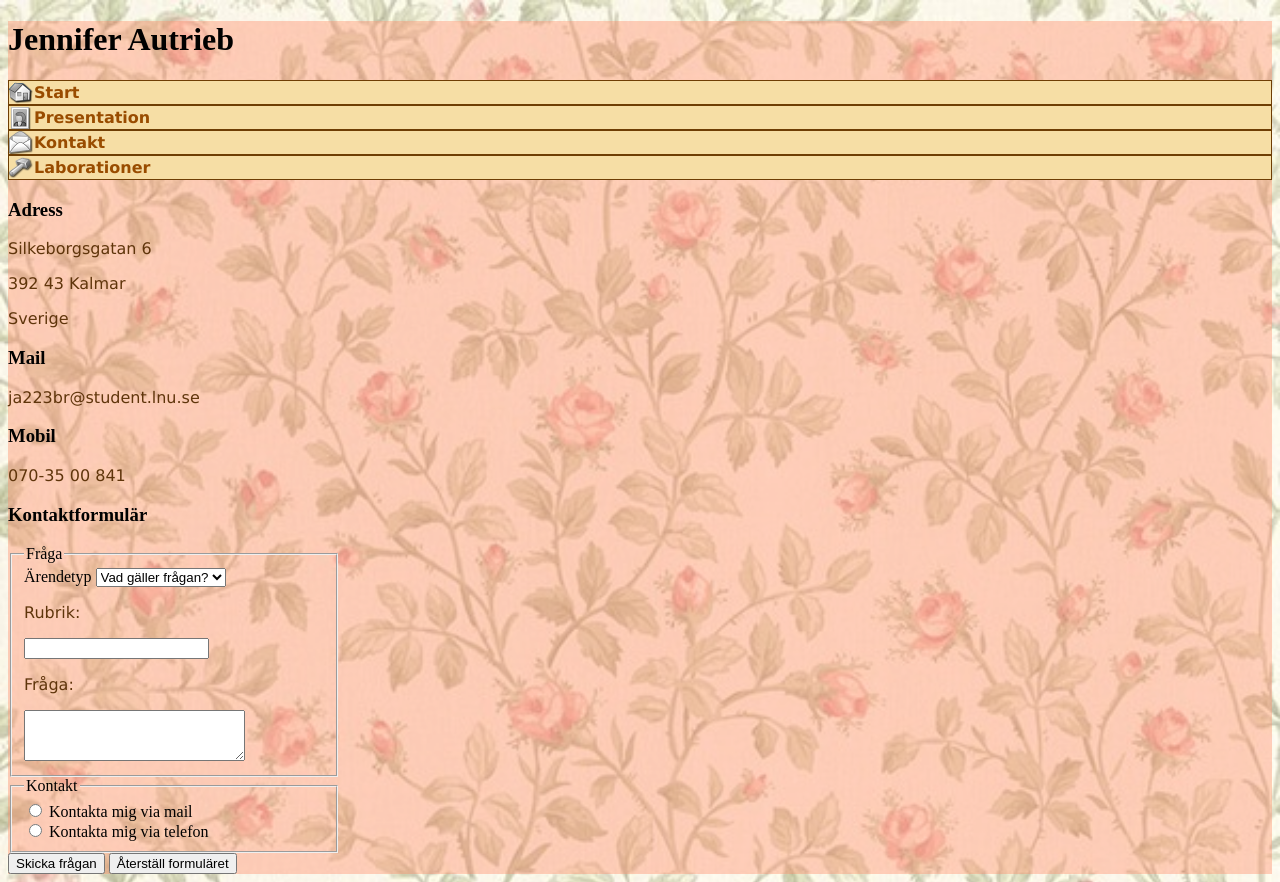
Repository: JeAut/1ik415-JeAut-laborationer
Page: WWW/pages/kontakt.html
The author's editor kept a record of every edit. The page is drawn from the files as they stood at one moment, then again after the next edit.
The browser window is 1280 px wide. The pictures show the whole page.

Above is the page before.

### WWW/pages/kontakt.html
<!DOCTYPE html>
<html>
    <head>
        <meta http-equiv="content-type" content="text/html; charset=utf-8" />
        <title>Kontakt</title>

        <link rel="stylesheet" href="../../css/style.css"/>
        <link rel="stylesheet" media="print" href="../../css/print.css"/>
        <link rel="stylesheet" media="screen and (min-width: 480px)"href="../../css/mobile.css"/>
        <link rel="shortcut icon" href="../pics/favicon.ico" type="image/x-icon"/>
    </head>
    <body>
    <div id="bgimage">
        <div id="body">
        <div id="header"><h1>Jennifer Autrieb</h1></div>

        <div id="navigation">
    <ul>
        <li><a href="../index.html" class="buttonstart"> Start</a></li>
        <li><a href="WWW/pages/Presentation.html" class="buttonpresent"> Presentation</a></li>
        <li><a href="WWW/pages/kontakt.html" class="buttonkontakt"> Kontakt</a></li>
        <li><a href="WWW/pages/laborationer.html" class="buttonlabb"> Laborationer</a></li>
    </ul>
</div>

       <!--
        <ul class="sidemenu">
        <div id="navigation">
            <div id="bc">
            <div id="ulsidemenu">
            <div id="ulsidemenu2">
            <li><a href="../index.html" class="buttonstart"> Start</a></li>
            </div>
            <div id="ulsidemenu3">
            <li><a href="Presentation.html" class="buttonpresent"> Presentaion</a></li>
            </div>
            <div id="ulsidemenu4">
            <li><a href="kontakt.html" class="active buttonkontakt"> Kontakt</a></li>
            </div>
            <div id="ulsidemenu5">
            <li><a href="laborationer.html" class="buttonlabb"> Laborationer</a></li>
            </div>
            </div>
            </div>
            </div>
        </ul>
        -->

        <div id="container"><h3>Adress</h3>
        <p>Silkeborgsgatan 6</p>
        <p>392 43 Kalmar</p>
        <p>Sverige</p>

        <h3>Mail</h3>
        <p>ja223br@student.lnu.se</p>

        <h3>Mobil</h3>
        <p>070-35 00 841</p>




        <h3>Kontaktformulär</h3>

        <form id="formulär" name="formulär" method="post" action="http://voyager.lnu.se/tekinet/kurser/dtt/wp_webbintro/form.php">
        <fieldset style="width: 300px;">
            <legend>Fråga</legend>
            <label for="select">Ärendetyp</label>
            <select name="Ärende" id="Ärende">
            <option>Vad gäller frågan?</option>
            <option>Allmänna frågor</option>
            <option>Publikationer</option>
            <option>Kontakt</option>
            </select>
            <p><label for="rubrik">Rubrik:</label></p>
            <input type="text" name="rubrik" id="rubrik" />
            <p><label for="fraga">Fråga:</label></p>
            <textarea name="fraga" id="fraga" cols="25" rows="3"
            wrap="physical"></textarea>
        </fieldset>
        <fieldset style="width: 300px;">
            <legend>Kontakt</legend>


            <input type="radio" name="kontakt" id="mail" value="mail" />
            <label for="var">Kontakta mig via mail</label> <br />

            <input type="radio" name="kontakt" id="telefon" value="telefon" />
            <label for="sommar">Kontakta mig via telefon</label> <br />
        </fieldset>

        <input type="submit" name="submit" id="submit" value="Skicka frågan" />
        <input type="reset" name="reset" id="reset" value="Återställ formuläret" />
         </form>
        </div>
        </div>
        </div>
    </body>
</html>

### css/style.css
/*Layout*/

#navigation {
    display:block;
    float:left;
    width:31.25%;
}

#container {
    display:block;
    margin-left:200px;
    width:62.5%;
}

#header {
    display:block;
    margin-left:200px;
}

#body {
    width:960px;
    margin: 0 auto;
    background-color: rgba(255, 139, 102, 0.4);
}

body {
    background-image:url(floral.jpg);
    -webkit-background-size: cover;
    -moz-background-size: cover;
    -o-background-size: cover;
    background-size: cover;
}

#image {
    float:right;
    border-left:4px solid #000;
    border-right:4px solid #000;
    border-top:4px solid #000;
    border-bottom:4px solid #000;
    display:block;
}


#image2 {
    float:left;
    border-left:4px solid #000;
    border-right:4px solid #000;
    border-top:4px solid #000;
    border-bottom:4px solid #000;
    display:block;
}


#navigation {
    background-color:#F6DEA5;
    width:150px;

}

#navigation ul {
   list-style:none;
   padding:0px;
   margin:0px;
}

#navigation li {
   font-family:Verdana, Arial;
    border-top:1px solid #6F3E04;
    border-left:1px solid #6F3E04;
    border-right:1px solid #6F3E04;
    border-bottom:1px solid #6F3E04;
}

#navigation a {
    text-decoration:none;
    display:block;
    color:#994C00;
    font-weight:bold;
    padding:2px 10px;
}
#navigation a:hover {
    background-color:#B9BB79;
    color:#EEEEDC;
}


/*Listelement <li> meny

#bc {
    background-color:#D8B774;
}

#ulsidemenu {
    padding:0px;
    margin:0px;
    list-style:none;
    font-family:Verdana, Arial, Helvetica, sans-serif;
    border-bottom:1px solid #6F3E04;
    width:150px;
    background-color:#F6DEA5;
}

#ulsidemenu2 {
    border-top:1px solid #6F3E04;
    border-left:1px solid #6F3E04;
    border-right:1px solid #6F3E04;
}

#ulsidemenu3 {
    border-top:1px solid #6F3E04;
    border-left:1px solid #6F3E04;
    border-right:1px solid #6F3E04;
}

#ulsidemenu4 {
    border-top:1px solid #6F3E04;
    border-left:1px solid #6F3E04;
    border-right:1px solid #6F3E04;
}

#ulsidemenu5 {
    border-top:1px solid #6F3E04;
    border-left:1px solid #6F3E04;
    border-right:1px solid #6F3E04;
}

a {
    text-decoration:none;
    display:block;
    width:128px;
    color:#994C00;
    font-weight:bold;
    padding:2px 10px;
}
a:hover {
    background-color:#B9BB79;
    color:#EEEEDC;
}
*/

/*Typografi*/

p {
    color:#5F350B;
    font-family:Verdana, Arial, Helvetica, sans-serif;
}

p1 {
    color:#29640F;
    font-family:"Trebuchet MS", Helvetica, sans-serif;
}

.active {
    background-color:#660000;
}

/*Sprites*/

.buttonstart {
    background-image:url(../WWW/pics/sprite.png);
    background-repeat:no-repeat;
    background-position:0px -48px;
    text-indent:15px;
}

.buttonstart:hover {
    background-image:url(../WWW/pics/sprite.png);
    background-repeat:no-repeat;
    background-position:0px 0px;
    text-indent:15px;
}

.buttonpresent {
    background-image:url(../WWW/pics/sprite.png);
    background-repeat:no-repeat;
    background-position:0px -239px;
    text-indent:15px;
}

.buttonpresent:hover {
    background-image:url(../WWW/pics/sprite.png);
    background-repeat:no-repeat;
    background-position:0px -192px;
    text-indent:15px;
}

.buttonkontakt {
    background-image:url(../WWW/pics/sprite.png);
    background-repeat:no-repeat;
    background-position:0px -336px;
    text-indent:15px;
}

.buttonkontakt:hover {
    background-image:url(../WWW/pics/sprite.png);
    background-repeat:no-repeat;
    background-position:0px -288px;
    text-indent:15px;
}

.buttonlabb {
    background-image:url(../WWW/pics/sprite.png);
    background-repeat:no-repeat;
    background-position:0px -144px;
    text-indent:15px;
}

.buttonlabb:hover {
    background-image:url(../WWW/pics/sprite.png);
    background-repeat:no-repeat;
    background-position:0px -96px;
    text-indent:15px;
}

### css/mobile.css
/*För skärmar med bredden 480px eller mindre*/

#body{
    width:100%;
}
#container {
	width: 100%;
	float: none;
	margin: 0 auto;
}
#navigation {
	width: 100%;
	float: none;
}

#header {
    margin: 0 auto;
}

img {
    max-width:100%;
}

Loaded but not shown: css/print.css (no copy from this time; the picture is the same without it)

After the next edit:
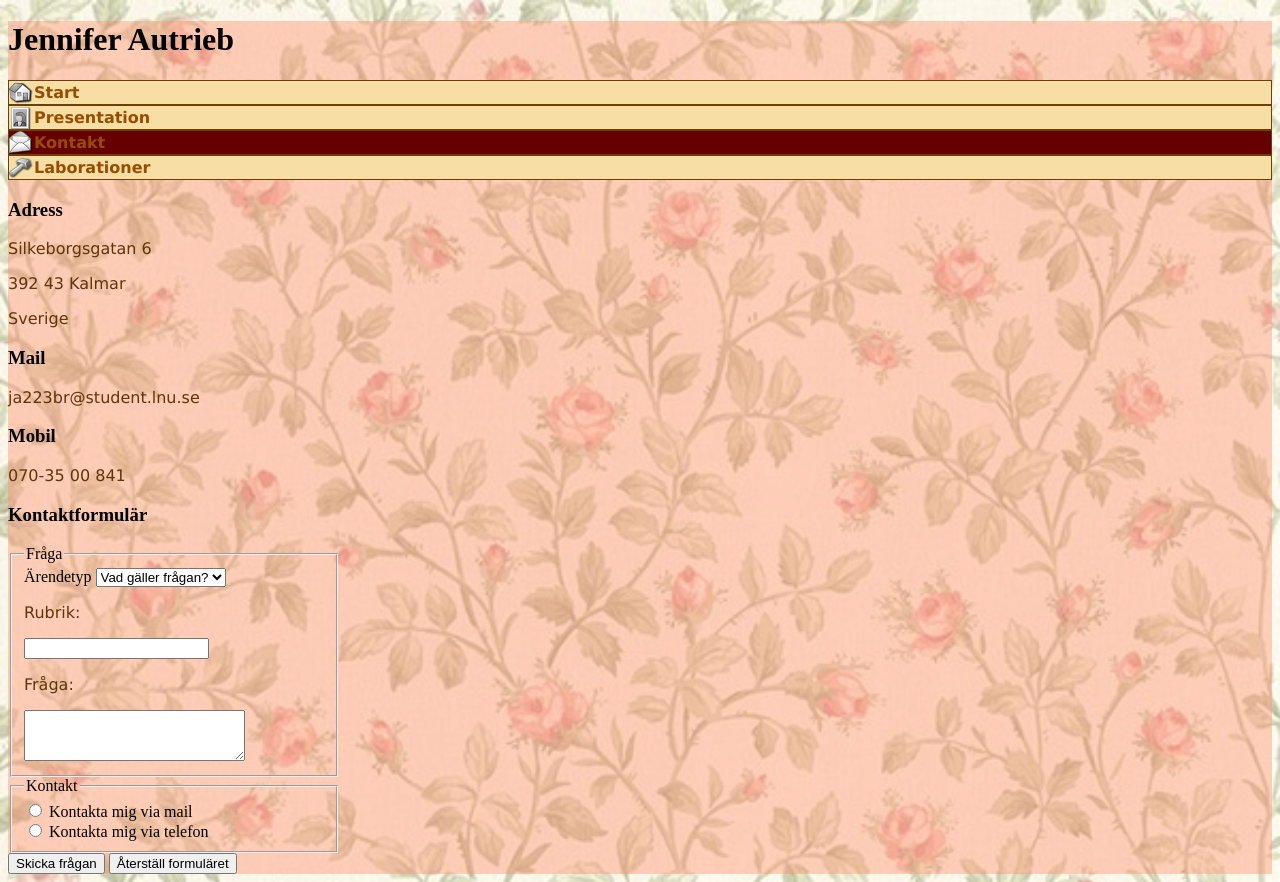
The edit:
--- a/WWW/pages/kontakt.html
+++ b/WWW/pages/kontakt.html
@@ -17,9 +17,9 @@
         <div id="navigation">
     <ul>
         <li><a href="../index.html" class="buttonstart"> Start</a></li>
-        <li><a href="WWW/pages/Presentation.html" class="buttonpresent"> Presentation</a></li>
-        <li><a href="WWW/pages/kontakt.html" class="buttonkontakt"> Kontakt</a></li>
-        <li><a href="WWW/pages/laborationer.html" class="buttonlabb"> Laborationer</a></li>
+        <li><a href="Presentation.html" class="buttonpresent"> Presentation</a></li>
+        <li><a href="kontakt.html" class="active buttonkontakt"> Kontakt</a></li>
+        <li><a href="laborationer.html" class="buttonlabb"> Laborationer</a></li>
     </ul>
 </div>
 
